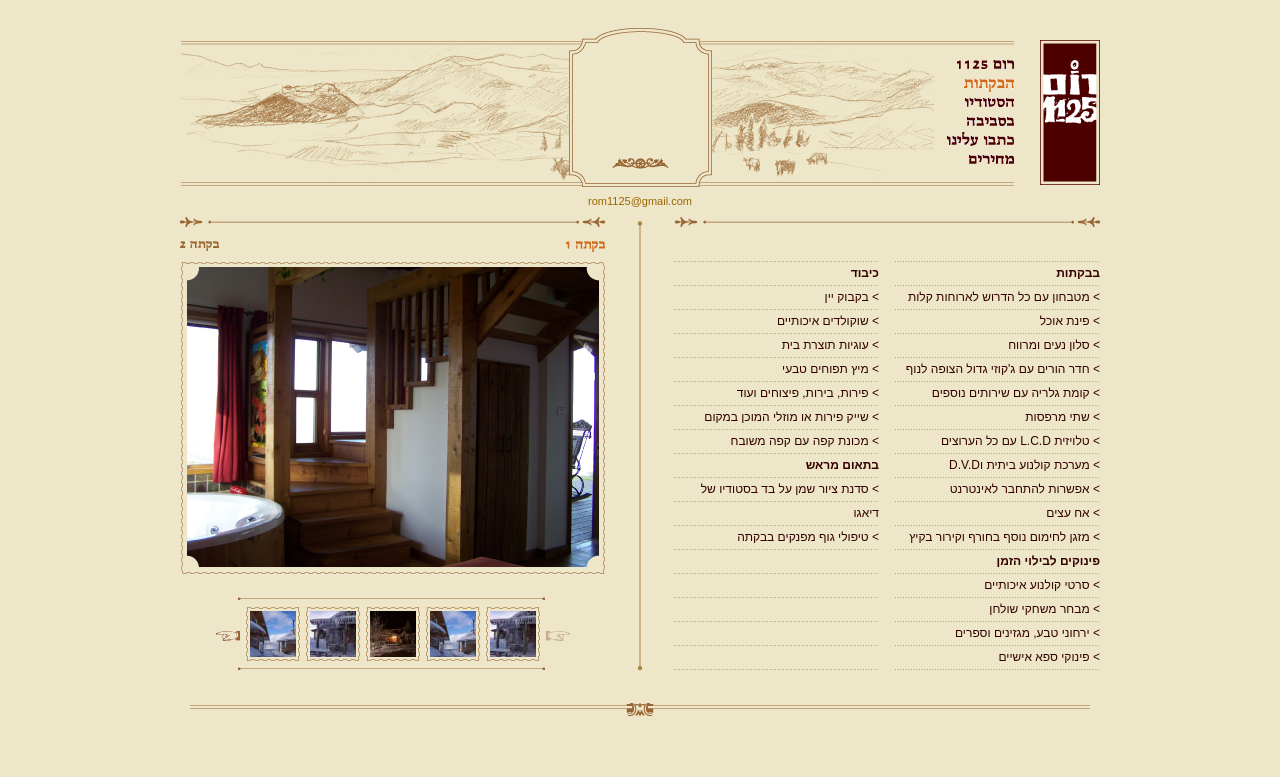
Repository: asafg/rom1125
Page: rom1125/WebContent/huts.html
An editor plug-in stored every save of this project. The page is shown before and after the next save, followed by the edit.
The browser window is 1280 px wide. The pictures show the whole page.

Above is the page before, as saved 2010-06-09 19:22:07.

### rom1125/WebContent/huts.html
<!DOCTYPE html PUBLIC "-//W3C//DTD XHTML 1.1//EN" "http://www.w3.org/TR/xhtml11/DTD/xhtml11.dtd">
<html xmlns="http://www.w3.org/1999/xhtml">

<head>
  <meta http-equiv="Content-Type" content="text/html; charset=utf-8"/>
  <title>רום 1125</title>
  <link rel="stylesheet" href="css/common.css" type="text/css" media="screen"/>
  <link rel="stylesheet" href="css/huts.css" type="text/css" media="screen"/>
  <script src="js/img_gal_cc_compressed.js" type="text/javascript"></script>
  <script type="text/javascript">
  function showHutGallery(hut) {
	  var otherHut = (hut == 1) ? 2 : 1;
	  $('hut' + hut).addClass('active');
	  $('hut' + otherHut).removeClass('active');
	  $('thumbnails_panel' + otherHut).setStyle('display', 'none');
	  $('slideshow' + otherHut).setStyle('display', 'none');
	  $('thumbnails_panel' + hut).setStyle('display', 'block');
	  $('slideshow' + hut).setStyle('display', 'block');
	  if (hut == 2 && hut2ImageGallery == null) {
		  initHut2Gallery();
	  }
  }

  function initHut2Gallery() {
	  hut2ImageGallery = new ImageGallery({
		slides: $$('#slideshow2 img'),
		thumbnails: $$('#thumbnails_wrapper2 img'),
		thumbnailsViewport: 'thumbnails2',
		thumbnailsContainer: 'thumbnails_wrapper2',
		nextThumbnailLink: 'left_arrow2',
		prevThumbnailLink: 'right_arrow2',
		nextThumbnailLinkClass: 'left_arrow',
		prevThumbnailLinkClass: 'right_arrow'});
  }
  </script>
</head>
<body>
<div id="main">
<!-- header -->
<div id="header">
<img id="logo" src="images/logo.png"/>
<div id="header_without_logo"><!-- The part of the header left of the logo -->
<div id="header_top"><img src="images/header_top.png"/></div>
<div id="toolbar_buttons">
<a id="home_link" href="index.html"><img src="images/blank.gif"/></a>
<img src="images/biktot_hl.gif"/>
<a id="studio_link" href="studio.html"><img src="images/blank.gif"/></a>
<a id="env_link" href="env.html"><img src="images/blank.gif"/></a>
<a id="media_link" href="media.html"><img src="images/blank.gif"/></a>
<a id="prices_link" href="prices.html"><img src="images/blank.gif"/></a>
</div><!-- toolbar_buttons -->
<div class="header_image"><img src="images/header_right.jpg"/></div>
<div class="header_image"><img src="images/header_middle.png"/></div>
<div class="header_image"><img src="images/header_left.jpg"/></div>
<div id="header_bottom"><img id="header_bottom_image" src="images/header_bottom.png"/></div>
</div><!-- header_without_logo-->
<div id="email_address_div">
<a href="mailto:rom1125@gmail.com" class="email_address">rom1125@gmail.com</a>
</div><!-- email_address_div -->
</div><!-- header -->
<!-- now for the separators -->
<div id="right_part">
<img src="images/top_horiz_sep.png" class="sep_image"/>
<div id="page_text" class="page_text">
<div id="right_col" class="text_column">
<b>בבקתות</b><br/>
&gt; מטבחון עם כל הדרוש לארוחות קלות<br/>
&gt; פינת אוכל<br/>
&gt; סלון נעים ומרווח<br/>
&gt; חדר הורים עם ג'קוזי גדול הצופה לנוף<br/>
&gt; קומת גלריה עם שירותים נוספים<br/>
&gt; שתי מרפסות<br/>
&gt; טלויזית L.C.D עם כל הערוצים<br/>
&gt; מערכת קולנוע ביתית וD.V.D<br/>
&gt; אפשרות להתחבר לאינטרנט<br/>
&gt; אח עצים<br/>
&gt; מזגן לחימום נוסף בחורף וקירור בקיץ<br/>
<b>פינוקים לבילוי הזמן</b><br/>
&gt; סרטי קולנוע איכותיים<br/>
&gt; מבחר משחקי שולחן<br/>
&gt; ירחוני טבע, מגזינים וספרים<br/>
&gt; פינוקי ספא אישיים<br/>
</div><!-- right_col -->
<div id="columns_spacer"></div>
<div id="left_col" class="text_column">
<b>כיבוד</b><br/>
&gt; בקבוק יין<br/>
&gt; שוקולדים איכותיים<br/>
&gt; עוגיות תוצרת בית<br/>
&gt; מיץ תפוחים טבעי<br/>
&gt; פירות, בירות, פיצוחים ועוד<br/>
&gt; שייק פירות או מוזלי המוכן במקום<br/>
&gt; מכונת קפה עם קפה משובח<br/>
<b>בתאום מראש</b><br/>
&gt; סדנת ציור שמן על בד בסטודיו של דיאגו<br/>
&gt; טיפולי גוף מפנקים בבקתה<br/>
</div><!-- left_col -->
</div><!-- page_text -->
</div><!-- right -->
<div id="vert_sep">
<img src="images/top_ball.png" class="sep_image"/>
<div id="vert_bar"></div>
<img src="images/bottom_ball.png" class="sep_image"/>
</div><!-- vert_sep -->
<div id="left_part">
<img src="images/top_horiz_sep.png" class="sep_image"/>
<div id="hut_links">
	<a href="#" id="hut1" onclick="showHutGallery(1)"><img src="images/blank.gif"/></a>
	<a href="#" id="hut2" onclick="showHutGallery(2)"><img src="images/blank.gif"/></a>
</div>
<div id="photo_frame"><div id="photo_frame_overlay"></div>
<div id="slideshow1">
<img src="images/photos/photo7.jpg"/>
<img src="images/photos/photo8.jpg"/>
<img src="images/photos/photo9.jpg"/>
<img src="images/photos/photo10.jpg"/>
<img src="images/photos/photo9.jpg"/>
<img src="images/photos/photo8.jpg"/>
</div><!-- slideshow1 -->
<div id="slideshow2">
<img src="images/photos/photo12.jpg"/>
<img src="images/photos/photo11.jpg"/>
<img src="images/photos/photo12.jpg"/>
<img src="images/photos/photo11.jpg"/>
<img src="images/photos/photo12.jpg"/>
<img src="images/photos/photo11.jpg"/>
</div><!-- slideshow2 -->
</div>
<div id="thumbnails_panel1">
<img id="upper_gallery_strip1" src="images/gallery_strip.png"/>
<div id="thumbnails_toolbar1">
<img id="right_arrow1" src="images/blank.gif" class="right_arrow"/>
<div id="thumbnails1">
<div id="thumbnails_wrapper1">
<div class="thumbnail"><img src="images/photos/photo1_small.jpg" class="thumbnail"/></div>
<div class="thumbnail"><img src="images/photos/photo2_small.jpg" class="thumbnail"/></div>
<div class="thumbnail"><img src="images/photos/photo3_small.jpg" class="thumbnail"/></div>
<div class="thumbnail"><img src="images/photos/photo1_small.jpg" class="thumbnail"/></div>
<div class="thumbnail"><img src="images/photos/photo2_small.jpg" class="thumbnail"/></div>
<div class="thumbnail"><img src="images/photos/photo3_small.jpg" class="thumbnail"/></div>
<div class="thumbnail"><img src="images/photos/photo1_small.jpg" class="thumbnail"/></div>
</div><!-- thumbnails_wrapper1 -->
</div><!-- thumbnails1 -->
<img id="left_arrow1" src="images/blank.gif" class="left_arrow"/>
</div><!-- thumbnails_toolbar1 -->
<img id="lower_gallery_strip1" src="images/gallery_strip.png"/>
</div><!-- thumbnails_panel1 -->
<div id="thumbnails_panel2">
<img id="upper_gallery_strip2" src="images/gallery_strip.png"/>
<div id="thumbnails_toolbar2">
<img id="right_arrow2" src="images/blank.gif" class="right_arrow"/>
<div id="thumbnails2">
<div id="thumbnails_wrapper2">
<div class="thumbnail"><img src="images/photos/photo5_small.jpg" class="thumbnail"/></div>
<div class="thumbnail"><img src="images/photos/photo5_small.jpg" class="thumbnail"/></div>
<div class="thumbnail"><img src="images/photos/photo5_small.jpg" class="thumbnail"/></div>
<div class="thumbnail"><img src="images/photos/photo5_small.jpg" class="thumbnail"/></div>
<div class="thumbnail"><img src="images/photos/photo5_small.jpg" class="thumbnail"/></div>
<div class="thumbnail"><img src="images/photos/photo6_small.jpg" class="thumbnail"/></div>
<div class="thumbnail"><img src="images/photos/photo6_small.jpg" class="thumbnail"/></div>
</div><!-- thumbnails_wrapper -->
</div><!-- thumbnails -->
<img id="left_arrow2" src="images/blank.gif" class="left_arrow"/>
</div><!-- thumbnails_toolbar2 -->
<img id="lower_gallery_strip2" src="images/gallery_strip.png"/>
</div><!-- thumbnails_panel2 -->
</div><!-- left -->
<div id="footer">
<img src="images/footer_sep.png" class="sep_image"/>
</div><!-- footer -->
</div><!-- main -->
<script type="text/javascript">
var hut1ImageGallery = new ImageGallery({
	slides: $$('#slideshow1 img'),
	thumbnails: $$('#thumbnails_wrapper1 img'),
	thumbnailsViewport: 'thumbnails1',
	thumbnailsContainer: 'thumbnails_wrapper1',
	nextThumbnailLink: 'left_arrow1',
	prevThumbnailLink: 'right_arrow1',
	nextThumbnailLinkClass: 'left_arrow',
	prevThumbnailLinkClass: 'right_arrow'
});

var hut2ImageGallery = null;

showHutGallery(1);
</script>
</body>
</html>

### rom1125/WebContent/css/common.css
body
{
	background-color: #EEE6C9;
	margin: 0px;
	padding: 0px;
}

#main
{
	width: 1000px;
	height: 750px;
	direction: rtl;
	margin-left: auto;
   	margin-right: auto;
}

/* beginning of header definitions */

#header
{
	margin-top: 27px;
}

#logo
{
	width: 60px;
	margin-top: 13px;
	margin-right: 40px;
	float: right;
}

#header_without_logo
{
	margin-right: 26px;
	margin-top: 1px;
	padding: 0px;
	width: 834px;
	float: right;
}

#header_top
{
	margin: 0px;
	padding: 0px;
	height: 17px;
	float: right;
	display: block;
}

#header_bottom
{
	margin: 0px;
	padding: 0px;
	height: 5px;
	float: right;
	display: block;
}

#header_bottom_image
{
	margin: 0px;
	padding: 0px;
	vertical-align: top;
}

.header_image
{
	margin: 0px;
	padding: 0px;
	height: 137px;
	float: right;
	display: block;
}

#toolbar_buttons
{
	margin-top: 11px;
	margin-left: 13px;
	float: right;
}

#toolbar_buttons img
{
	margin: 0px 0px 2px 0px; width: 67px; height: 17px; padding: 0px; display: block; border-width: 0px;
}

/*toolbar buttons images are set as background images in order to allow rollover effect using css (no javascript) */
#toolbar_buttons a#home_link   img {background: url("../images/rom.gif") top left no-repeat;}
#toolbar_buttons a#huts_link   img {background: url("../images/biktot.gif") top left no-repeat;}
#toolbar_buttons a#studio_link img {background: url("../images/studio.gif") top left no-repeat;}
#toolbar_buttons a#env_link    img {background: url("../images/sviva.gif") top left no-repeat;}
#toolbar_buttons a#media_link  img {background: url("../images/katvu.gif") top left no-repeat;}
#toolbar_buttons a#prices_link img {background: url("../images/mehirim.gif") top left no-repeat;}

#toolbar_buttons a#home_link:hover   img {background: url("../images/rom_hl.gif") top left no-repeat;}
#toolbar_buttons a#huts_link:hover   img {background: url("../images/biktot_hl.gif") top left no-repeat;}
#toolbar_buttons a#studio_link:hover img {background: url("../images/studio_hl.gif") top left no-repeat;}
#toolbar_buttons a#env_link:hover    img {background: url("../images/sviva_hl.gif") top left no-repeat;}
#toolbar_buttons a#media_link:hover  img {background: url("../images/katvu_hl.gif") top left no-repeat;}
#toolbar_buttons a#prices_link:hover img {background: url("../images/mehirim_hl.gif") top left no-repeat;}

#email_address_div
{
	padding-top: 8px;
	margin-left: auto;
    margin-right: auto;
	font-family: arial, sans-serif;
	font-size: 11px;
	display: block;
	text-align: center;
	clear: both;
}

a.email_address:link, a.email_address:active, a.email_address:focus, a.email_address:visited
{
	color: #996600;
	text-decoration: none;
}

a.email_address:hover
{
	color: #CC6600;
	text-decoration: none;
}

/* end of header definitions */

#right_part
{
	width: 425px;
	margin-top: 10px;
	margin-right: 40px;
	float: right;
}

#vert_sep
{
	float: right;
	margin: 14px 33px 0px 33px;
	padding: 0px;
}

#vert_bar
{
	width: 2px;
	height: 440px;
	margin: 0 1px 0 1px;
	background-color: #cbb787;
}

#left_part
{
	width: 425px;
	margin-top: 10px;
	margin-left: 0px;
	float: right;
}

.sep_image
{
	padding: 0;
	display: block;
}

#footer
{
	margin: 0px 50px 0px 50px;
	float: none;
	clear: both;
}

### rom1125/WebContent/css/huts.css
.page_text
{
	float: right;
	width: 426px;
	margin-top: 34px;
	line-height: 200%;
	font-family: arial;
	font-size: 12px;
	color: #330000;
	border: 0px solid red;
}

.text_column
{
	background-image: url("../images/dashed_line.png");
	background-repeat:repeat-y;
	float: right;
	width: 205px;
	height: 409px;
	border: 0px solid black;
}

#columns_spacer
{
	float: right;
	width: 16px;
	height: 409px;
	border: 0px solid green;
}

#hut_links a img {width: 39px; height: 11px; margin: 0px; display: block; border-width: 0px;}

#hut_links
{
	margin-top: 14px;
}

#hut_links a#hut1 img
{
	background: url("../images/hut1.png") top left no-repeat;
	float: right;
}

#hut_links a#hut2 img
{
	background: url("../images/hut2.png") top left no-repeat;
	float: left;
}

#hut_links a#hut1:hover img {background: url("../images/hut1_hl.png") top left no-repeat;}

#hut_links a#hut2:hover img {background: url("../images/hut2_hl.png") top left no-repeat;}

#hut_links a#hut1.active img {background: url("../images/hut1_hl.png") top left no-repeat;}

#hut_links a#hut2.active img {background: url("../images/hut2_hl.png") top left no-repeat;}

#footer
{
	padding-top: 32px;
}

/* image gallery */
#photo_frame
{
	position: relative;
	margin-top: 34px;
	width: 425px;
	height: 313px;
	overflow: hidden;
}

#photo_frame img
{
	padding: 6px 6px 0px 0px;
}

#photo_frame_overlay
{
	position:absolute; top:0; left:0; width: 100%; height: 100%; z-index:998;
	background: url("../images/frame_big.png") no-repeat center;
}

/* hide the slide show of the second hut */
#thumbnails_panel2, #slideshow2
{
	display: none;
}

#thumbnails_panel1, #thumbnails_panel2
{
	margin-top: 11px;
	width: 354px;
}

#upper_gallery_strip1, #upper_gallery_strip2
{
	margin: 12px 60px 7px 0px;
	float: right;
}

#lower_gallery_strip1, #lower_gallery_strip2
{
	margin: 6px 60px 0px 0px;
	float: right;
}

#thumbnails_toolbar1, #thumbnails_toolbar2
{
	margin-right: 35px;
	width: 354px;
}

#right_arrow1, #right_arrow2
{
	width: 24px;
	height: 11px;
	margin: 24px 0px 0px 3px;
	vertical-align: middle;
	clear: both;
	float: right;
	display: block;
	border: 0px;
}

img.right_arrow
{
	background: url("../images/right_arrow.gif") top left no-repeat;
}

img.right_arrow:hover
{
	background: url("../images/right_arrow_hl.gif") top left no-repeat;
}

img.right_arrow_disabled
{
	background: url("../images/right_arrow_da.png") top left no-repeat;
}

#left_arrow1, #left_arrow2
{
	width: 24px;
	height: 11px;
	margin: 24px 3px 0px 0px;
	float: right;
	border: 0px;
}

img.left_arrow
{
	background: url("../images/left_arrow.gif") top left no-repeat;
}

img.left_arrow:hover
{
	background: url("../images/left_arrow_hl.gif") top left no-repeat;
}

img.left_arrow_disabled
{
	background: url("../images/left_arrow_da.png") top left no-repeat;
}

#thumbnails1, #thumbnails2
{
	position: relative;
	width: 300px;
	height: 54px;
	float: right;
	overflow: hidden;
}

#thumbnails_wrapper1, #thumbnails_wrapper2
{
	position: absolute;
	width: 420px;
	height: 54px;
	/*float: right;*/
}

.thumbnail
{
	background: url("../images/frame_small.png") no-repeat center;
	margin-left: 3px;
	margin-right: 3px;
	width: 54px;
	height: 54px;
	float: right;
}

div.thumbnail:hover
{
	background: url("../images/frame_small_hl.png") no-repeat center;
	margin-left: 3px;
	margin-right: 3px;
	width: 54px;
	height: 54px;
	float: right;
}

img.thumbnail
{
	margin: 4px 4px auto;
	width: 46px;
	height: 46px;
	border: 1px black;
}
/* end of image gallery */

Loaded but not shown: rom1125/WebContent/js/img_gal_cc_compressed.js (library)

After the next save:
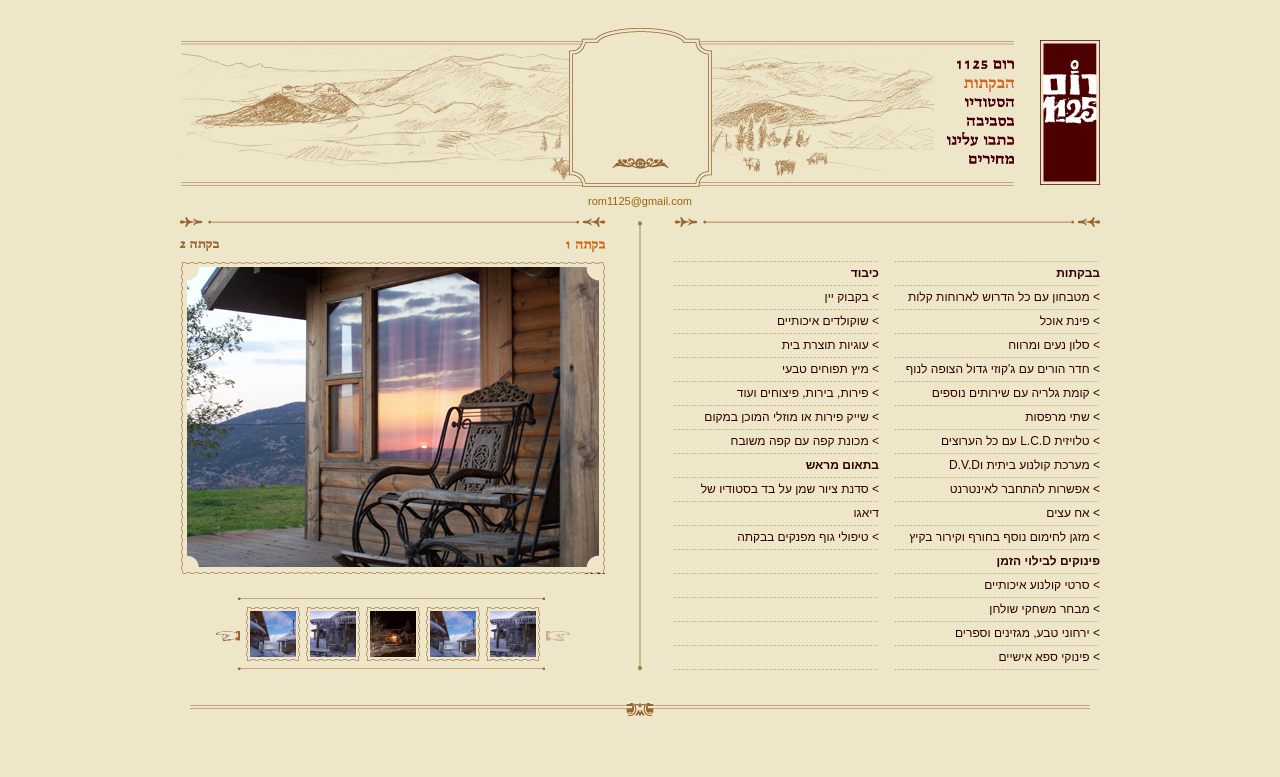
Saved 12 h 35 min later.
--- a/rom1125/WebContent/huts.html
+++ b/rom1125/WebContent/huts.html
@@ -110,12 +110,29 @@
 </div>
 <div id="photo_frame"><div id="photo_frame_overlay"></div>
 <div id="slideshow1">
-<img src="images/photos/photo7.jpg"/>
-<img src="images/photos/photo8.jpg"/>
-<img src="images/photos/photo9.jpg"/>
-<img src="images/photos/photo10.jpg"/>
-<img src="images/photos/photo9.jpg"/>
-<img src="images/photos/photo8.jpg"/>
+<img src="images/photos/hut1_1.jpg"/>
+<img src="images/photos/hut1_2.jpg"/>
+<img src="images/photos/hut1_3.jpg"/>
+<img src="images/photos/hut1_4.jpg"/>
+<img src="images/photos/hut1_5.jpg"/>
+<img src="images/photos/hut1_6.jpg"/>
+<img src="images/photos/hut1_7.jpg"/>
+<img src="images/photos/hut1_8.jpg"/>v
+<img src="images/photos/hut1_9.jpg"/>
+<img src="images/photos/hut1_10.jpg"/>
+<img src="images/photos/hut1_11.jpg"/>
+<img src="images/photos/hut1_12.jpg"/>
+<img src="images/photos/hut1_13.jpg"/>
+<img src="images/photos/hut1_14.jpg"/>
+<img src="images/photos/hut1_15.jpg"/>
+<img src="images/photos/hut1_16.jpg"/>
+<img src="images/photos/hut1_17.jpg"/>
+<img src="images/photos/hut1_18.jpg"/>v
+<img src="images/photos/hut1_19.jpg"/>
+<img src="images/photos/hut1_20.jpg"/>
+<img src="images/photos/hut1_21.jpg"/>
+<img src="images/photos/hut1_22.jpg"/>
+
 </div><!-- slideshow1 -->
 <div id="slideshow2">
 <img src="images/photos/photo12.jpg"/>
